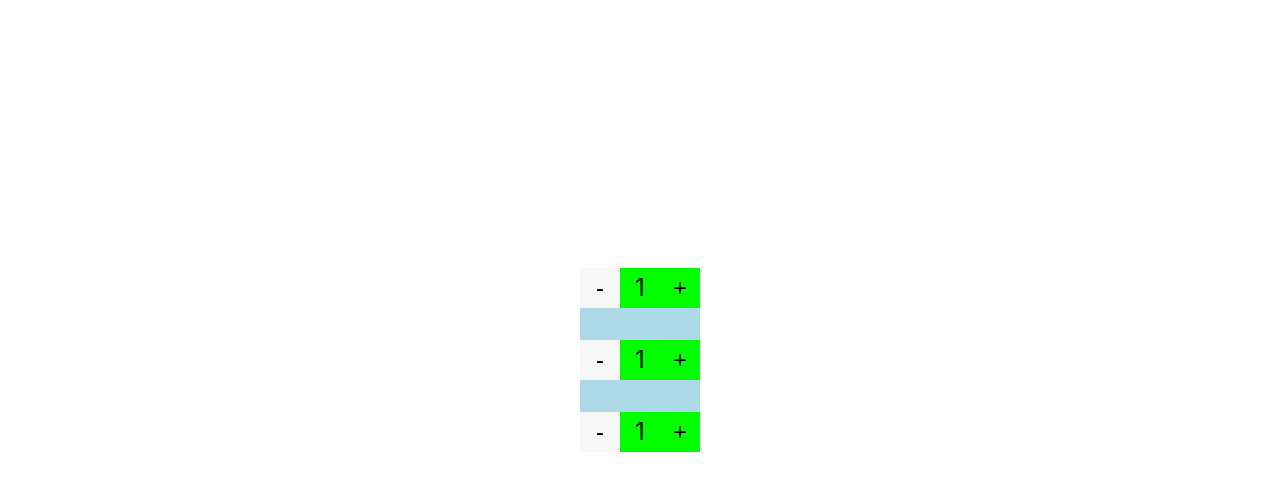
Repository: max535/test-task-netrika
Page: /
An editor plug-in stored every save of this project. The page is shown before and after the next save, followed by the edit.
The browser window is 1280 px wide. The pictures show the whole page.
The project was rebuilt for these pictures with package versions that can differ from the ones it lists, and the page was loaded fresh each time.

Above is the page before, as saved 2021-10-16 07:36:40.

After the next save:
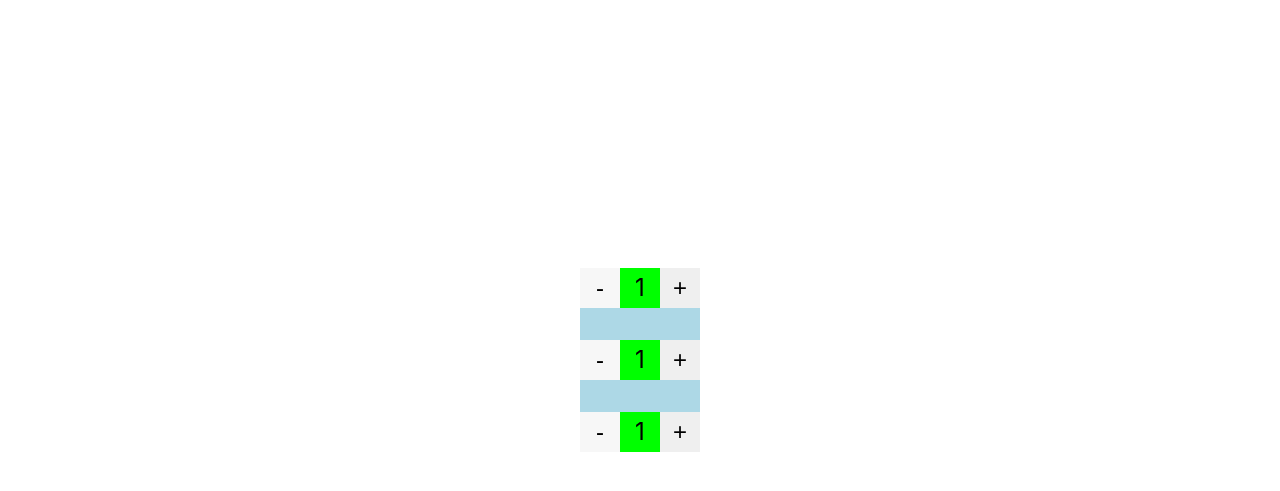
Saved 29 s later.
--- a/src/Counter/Counter.css
+++ b/src/Counter/Counter.css
@@ -25,7 +25,7 @@
     width: 40px;
     height: 40px;
     border: none;
-    background-color: inherit;
+
     font-size: 24px;
 }
 

After the save that followed:
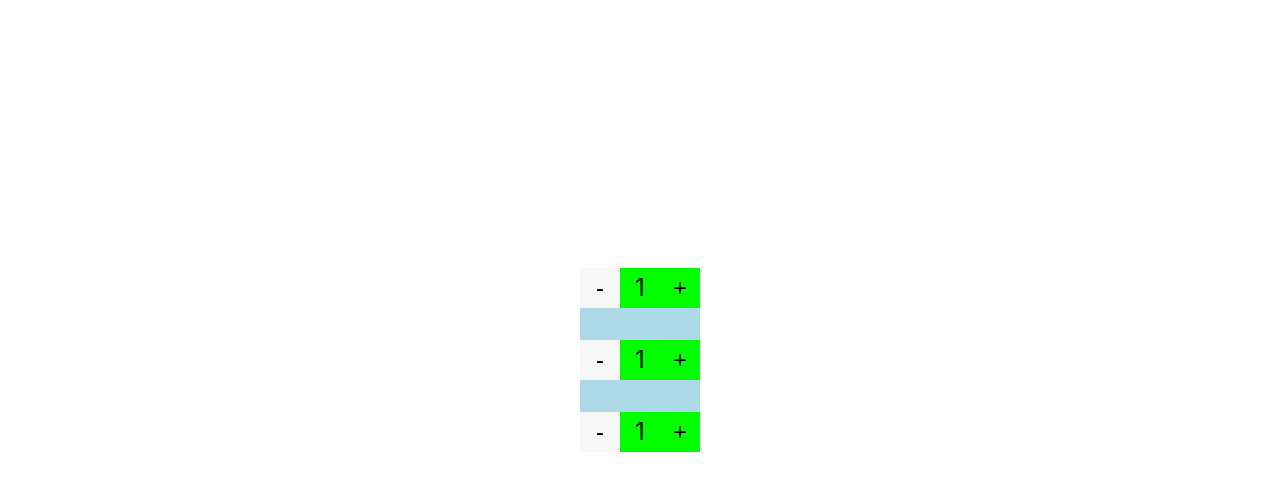
Saved 10 s later.
--- a/src/Counter/Counter.css
+++ b/src/Counter/Counter.css
@@ -25,7 +25,7 @@
     width: 40px;
     height: 40px;
     border: none;
-
+    background-color: inherit;
     font-size: 24px;
 }
 
